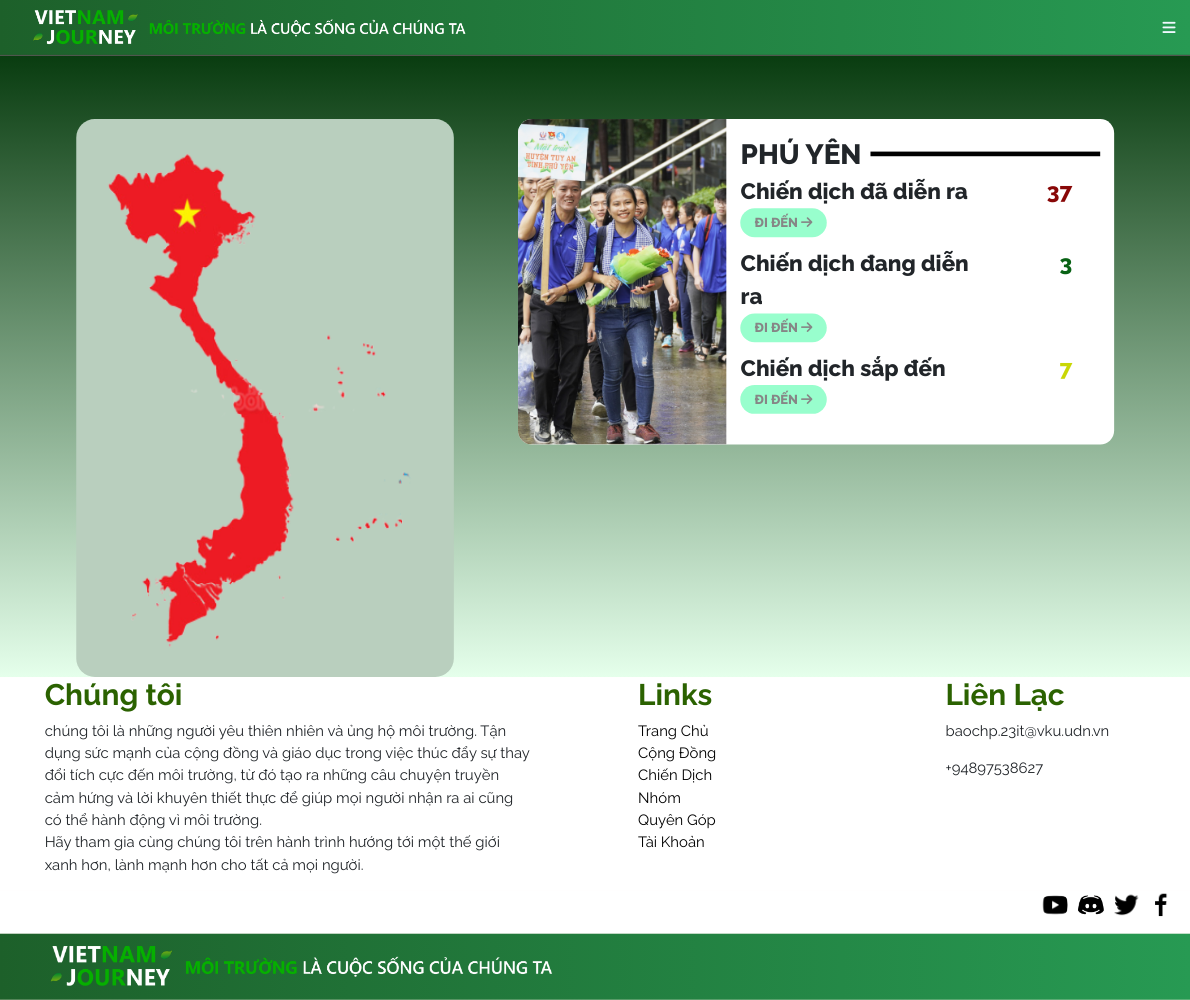
Repository: Boima12/Boima12.github.io_VietnamJourney
Page: HTML/ChienDich/ChienDich.html
The author's editor kept a copy of each file at every save. The page is drawn from the files as they stood at one save, then again after the next save.
The browser window is 1280 px wide. The pictures show the whole page, at 93% of full size.

Above is the page before, as saved 2024-05-25 08:07:12.

After the next save:
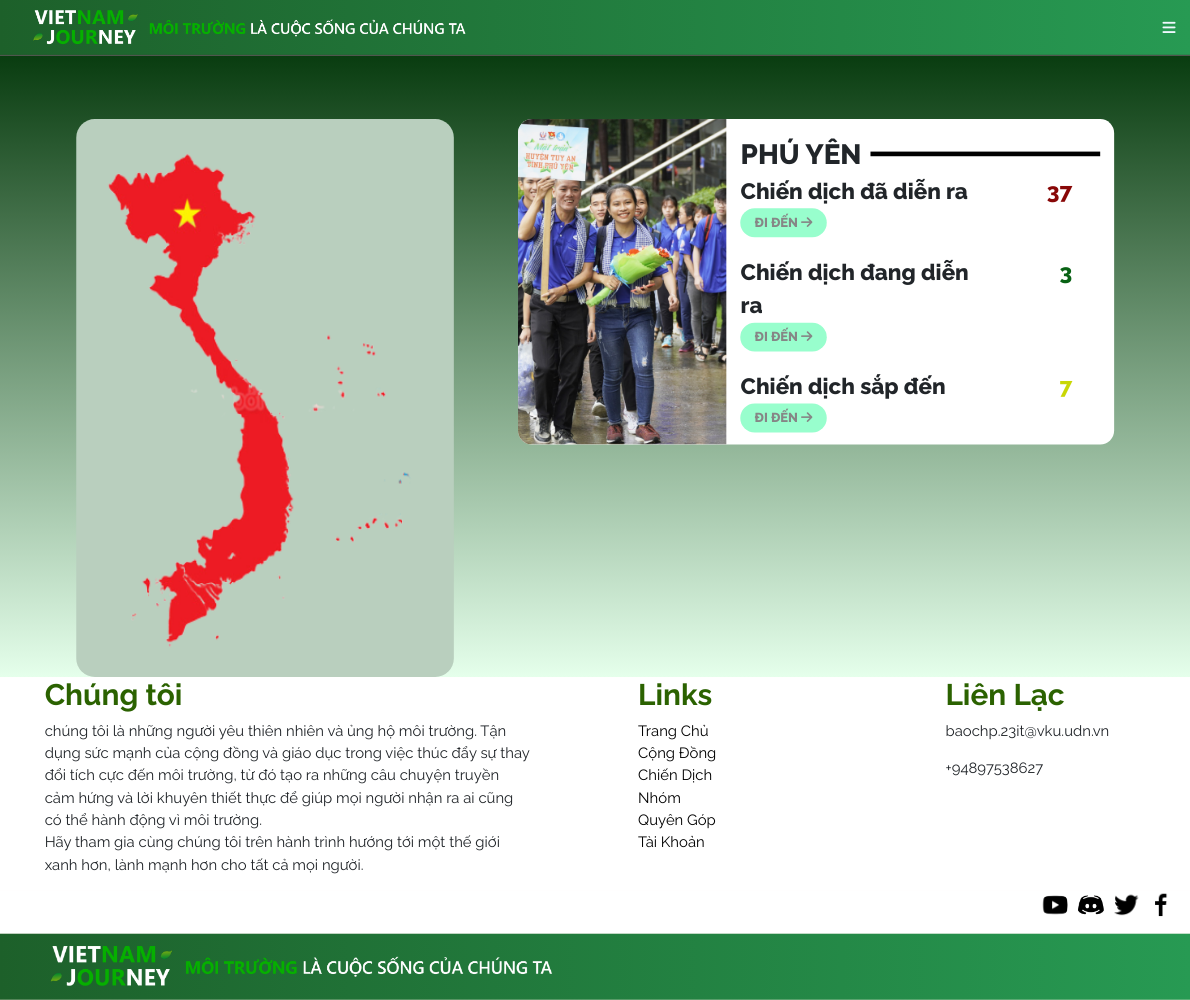
Saved 11 s later.
--- a/HTML/ChienDich/ChienDich.css
+++ b/HTML/ChienDich/ChienDich.css
@@ -248,8 +248,7 @@ header #sidebar div.sidebar-content i {
     width: 100%;
     display: flex;
     justify-content: space-between;
-    margin-bottom: 10px;
-    margin
+    margin-bottom: 20px;
 }
 
 .right .content .inner-content .part .inner-content {
